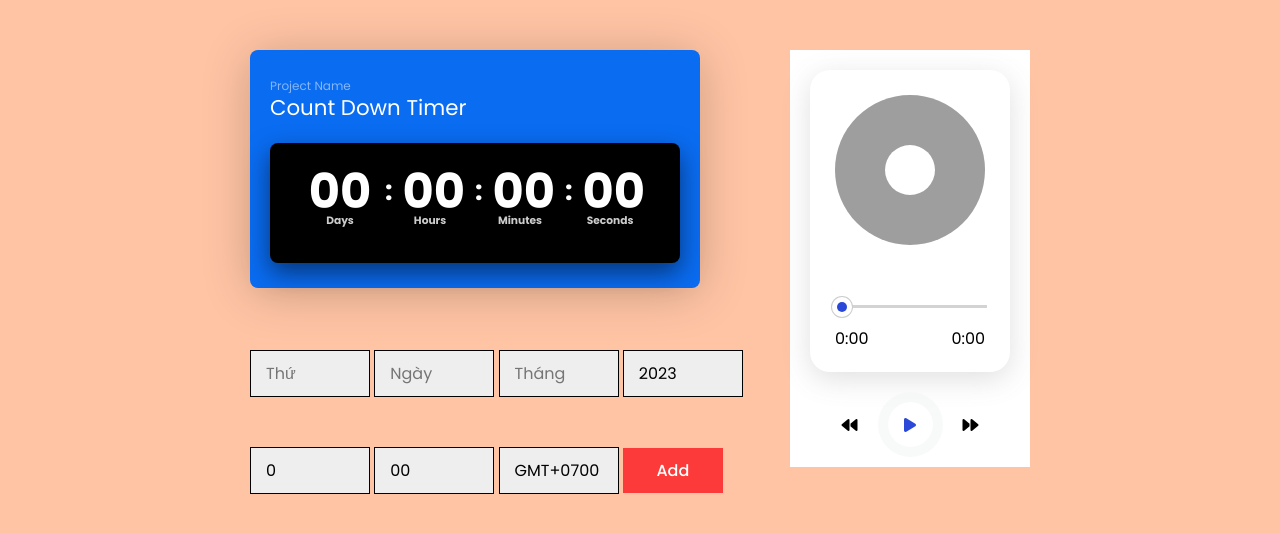
Repository: thuanpham00/CountDownTimer
Page: index.html
An editor plug-in stored every save of this project. The page is shown before and after a run of saves, followed by the edit.
The browser window is 1280 px wide. The pictures show the whole page.
Pictures or frames that could not be fetched are drawn as grey boxes. Some web libraries are served in a nearby version. The style sheet was rebuilt from its Sass, Less or Tailwind sources for each picture, by a compiler version that may differ from the author's.

Above is the page before, as saved 2023-09-27 15:39:14.

After the next 2 saves:
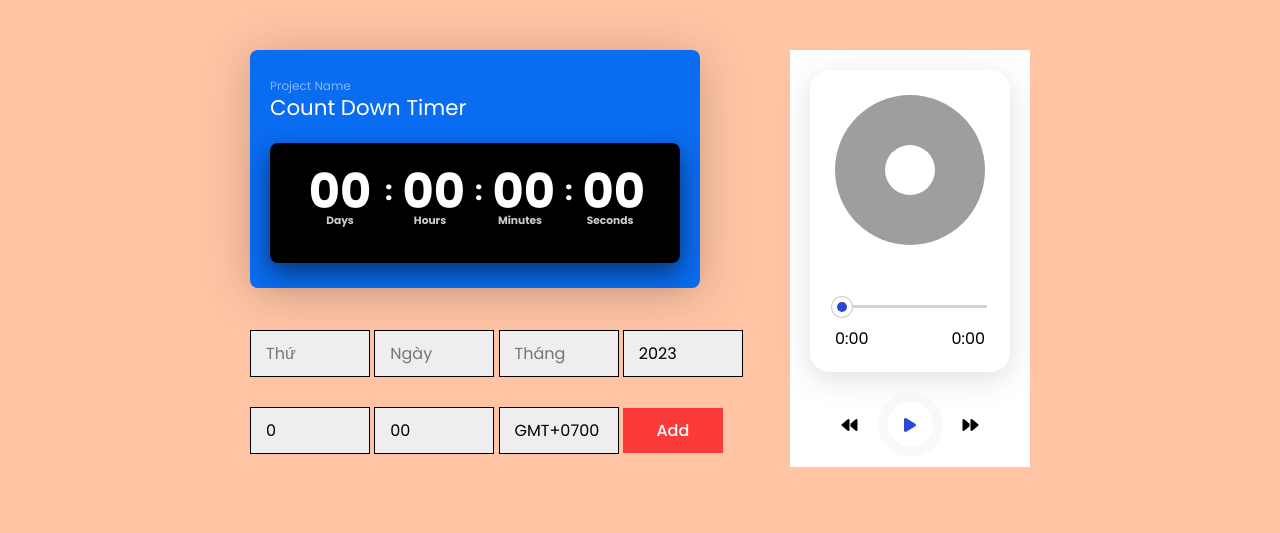
The 2 saves are shown as one change because they came seconds apart.
The last was saved 7 s later.
--- a/scss/main.scss
+++ b/scss/main.scss
@@ -386,7 +386,7 @@ body {
     max-width: 500px;
 
     input {
-        margin-top: 50px;
+        margin-top: 30px;
         width: 120px;
         padding: 10px 15px;
         outline: none;
